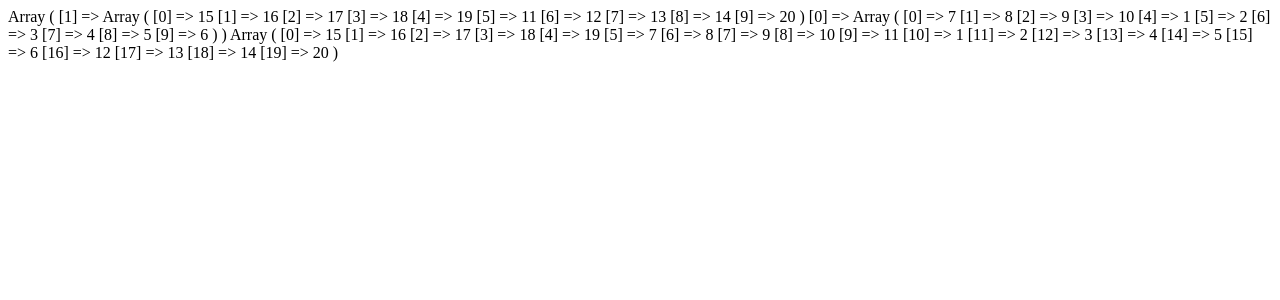
Repository: wangying713/algo
Page: http://localhost/test/0221/BucketSort.php
These files come from the project's save history. The page is drawn as it stood at one moment and after the next save; the edit follows.
The browser window is 1280 px wide. The pictures show the whole page.
The page is run by PHP 8.4 with error messages shown; the project is at /var/www/html/.

Above is the page before, as saved 2020-02-22 00:28:59.

After the next save:
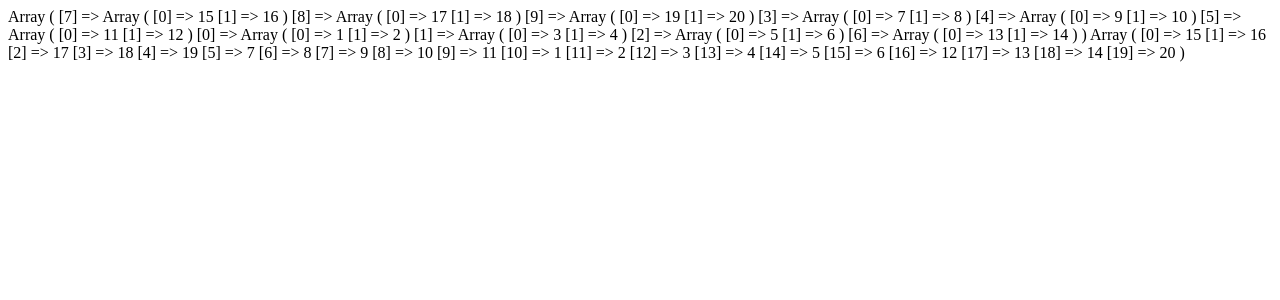
Saved 56 s later.
--- a/test/0221/BucketSort.php
+++ b/test/0221/BucketSort.php
@@ -8,7 +8,7 @@ function buckerSort(&$arr, $bucketSize = 0)
 
     $count = count($arr);
     if ($bucketSize == 0) {
-        $bucketSize = $count / 2;
+        $bucketSize = $count / 10;
     }
 
     // 用来计算桶的个数。区间跨度 ($val-$min)/$bucketSize;
